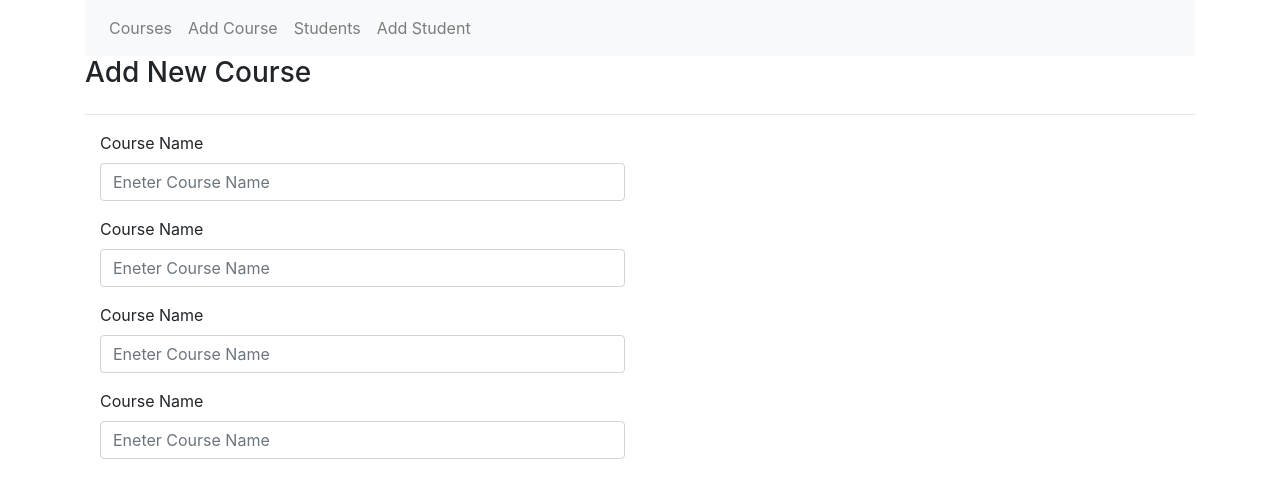
Repository: pyaephyotint22/Maven-Student-Course
Page: http://localhost/06-EL-JSTL/course-add.jsp
An editor plug-in stored every save of this project. The page is shown before and after the next save, followed by the edit.
The browser window is 1280 px wide. The pictures show the whole page.
The page is served by Tomcat 9.

Above is the page before, as saved 2020-12-20 09:21:41.

After the next save:
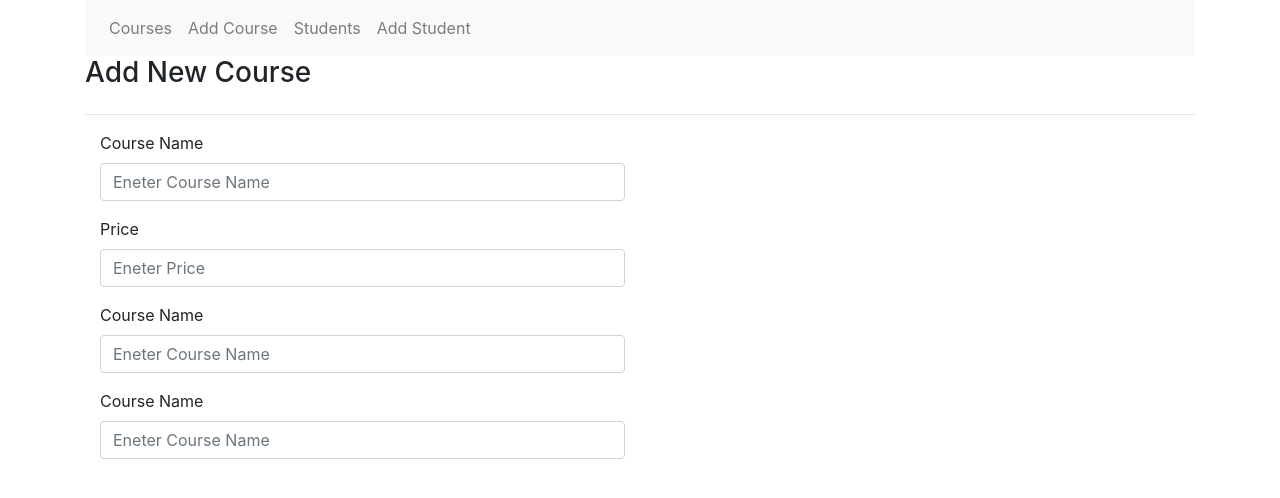
Saved 42 s later.
--- a/06-EL-JSTL/src/main/webapp/course-add.jsp
+++ b/06-EL-JSTL/src/main/webapp/course-add.jsp
@@ -25,8 +25,8 @@
 					<input type="text" name="coursename" requried="required" placeholder="Eneter Course Name" class="form-control">
 				</div>
 				<div class="form-group">
-					<label>Course Name</label>
-					<input type="text" name="coursename" requried="required" placeholder="Eneter Course Name" class="form-control">
+					<label>Price</label>
+					<input type="text" name="price" requried="required" placeholder="Eneter Price" class="form-control">
 				</div>
 				<div class="form-group">
 					<label>Course Name</label>
